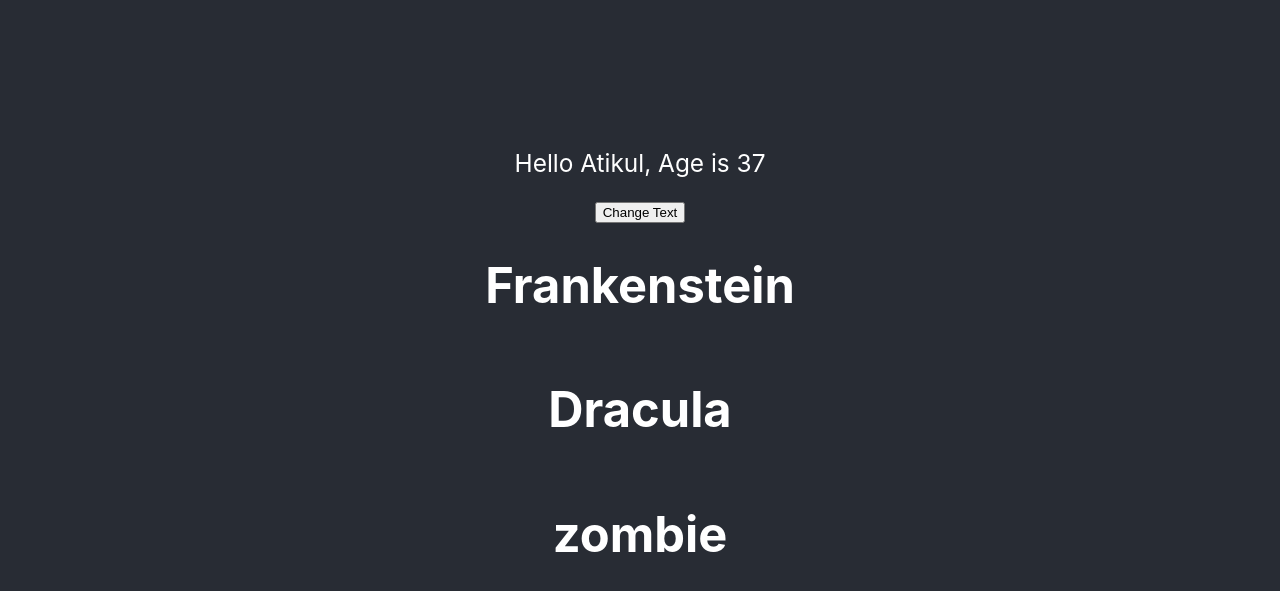
Repository: aatikulizlam/monsters-rolodex
Page: /
These files come from the project's save history. The page is drawn as it stood at one moment and after the next save; the edit follows.
The browser window is 1280 px wide. The pictures show the whole page.
The page's requests for data from a server got no answer. The project was rebuilt for these pictures with package versions that can differ from the ones it lists, and the page was loaded fresh each time. No one was signed in, and anything a server would have sent is missing.

Above is the page before, as saved 2020-04-03 00:42:44.

### src/App.js
import React, { Component } from 'react';
// import logo from './logo.svg';
import './App.css';

class App extends Component {

  constructor(){
    super();
    this.state = {
      name: 'Atikul',
      age: 37,
      monsters:[
        {id: 1, name: 'Frankenstein'},
        {id: 2, name: 'Dracula'},
        {id: 3, name: 'zombie'},
      ]
    }
  }

  componentDidMount(){
    fetch('http://jsonplaceholder.typicode.com/users')
    .then(response => response.json())
  }

  render() {
    return (
      <div className="App">
        <header className="App-header">
          {/* <img src={ logo } className="App-logo" alt="logo" /> */}
          <p>Hello { this.state.name }, Age is { this.state.age }</p>
          <button onClick={() => this.setState({ name: 'Tani', age: 30})}> Change Text</button>

          { this.state.monsters.map(monster => (
          <h1 key={monster.id}> {monster.name} </h1>
          )) }
        </header>
      </div>
    );
  }
}

export default App;

Loaded but not shown: public/index.html (common file); src/index.js (common file); src/index.css (common file); src/serviceWorker.js (common file); src/App.css (common file)

After the next save:
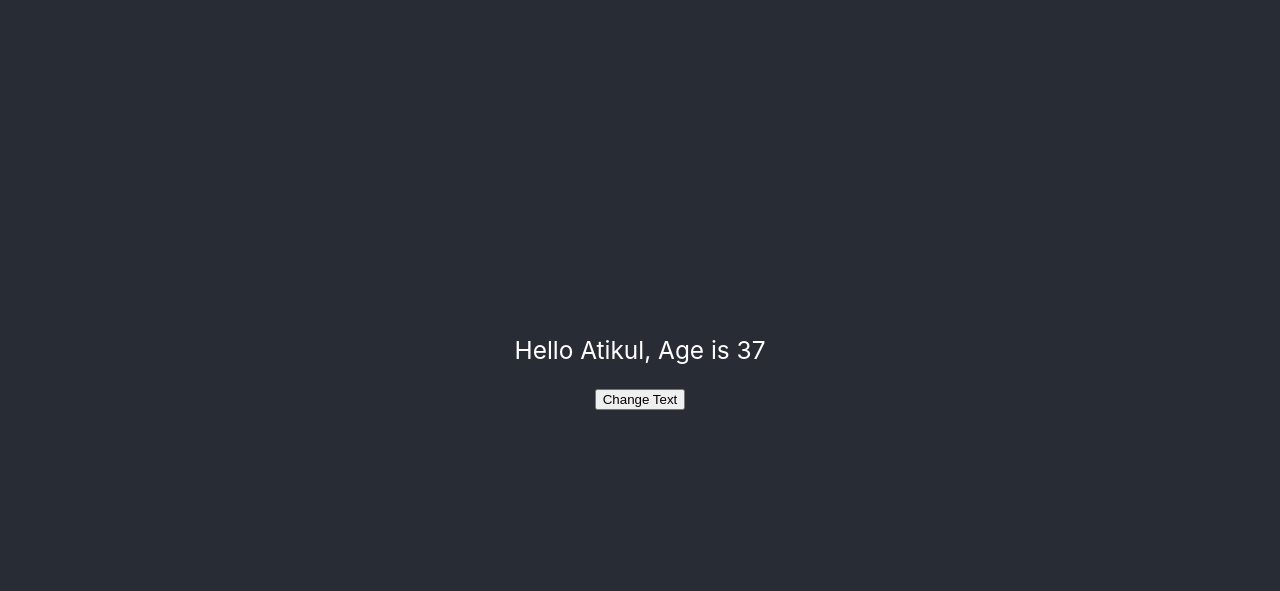
Saved 92 s later.
--- a/src/App.js
+++ b/src/App.js
@@ -9,11 +9,7 @@
     this.state = {
       name: 'Atikul',
       age: 37,
-      monsters:[
-        {id: 1, name: 'Frankenstein'},
-        {id: 2, name: 'Dracula'},
-        {id: 3, name: 'zombie'},
-      ]
+      monsters:[]
     }
   }
 
